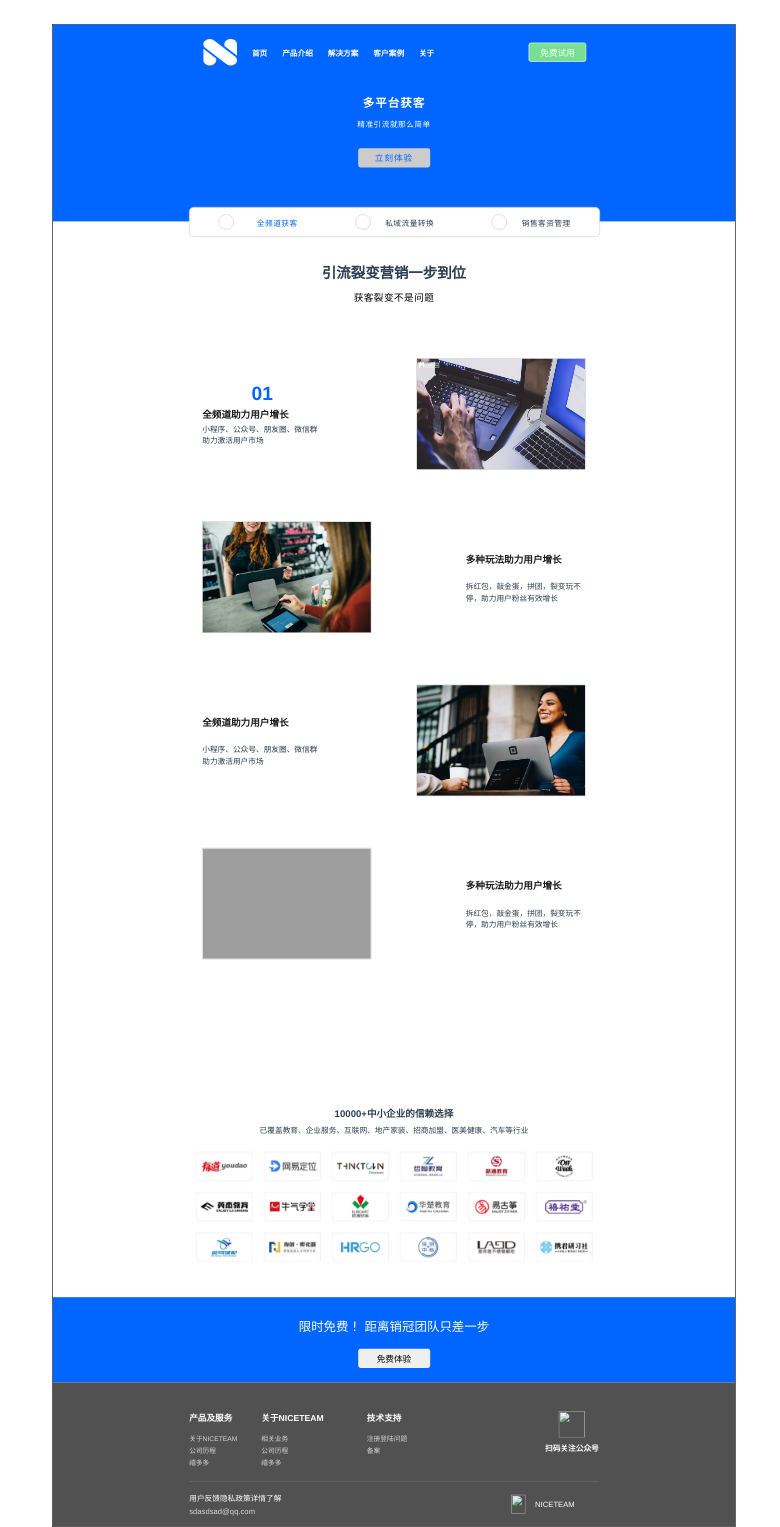
Repository: Alex-2020-0211/xrkj-guanwang
Page: /#/productintroduction (app in src/)
An editor plug-in stored every save of this project. The page is shown before and after the next save, followed by the edit.
The browser window is 1280 px wide. The page is 1300 px wide, so the pictures cover 1300 px, including what lies to the right of the window. The pictures show the whole page, at 60% of full size.
The first visible `.knowMore` is being pressed.
Pictures or frames that could not be fetched are drawn as grey boxes. The project was rebuilt for these pictures with package versions that can differ from the ones it lists, and the page was loaded fresh each time. Also part of the build but not shown: src/src/components/Header.vue, src/src/views/Home.vue.

Above is the page before, as saved 2021-01-08 09:43:22.

### src/public/index.html
<!DOCTYPE html>
<html lang="en">
  <head>
    <meta charset="utf-8">
    <meta http-equiv="X-UA-Compatible" content="IE=edge">
    <meta name="viewport" content="width=device-width,initial-scale=1.0">
    <link rel="icon" href="<%= BASE_URL %>favicon.ico">
    <title><%= htmlWebpackPlugin.options.title %></title>
  </head>
  <body>
    <noscript>
      <strong>We're sorry but <%= htmlWebpackPlugin.options.title %> doesn't work properly without JavaScript enabled. Please enable it to continue.</strong>
    </noscript>
    <div id="app"></div>
    <!-- built files will be auto injected -->
  </body>
  <script>
    (function(){
      var html = document.documentElement;
      function onWindowResize(){
        html.style.fontSize = html.getBoundingClientRect().width / 16 + 'px';
      }
      window.addEventListener('resize',onWindowResize);
      onWindowResize();
    })();
  </script>
</html>

### src/src/main.js
import Vue from 'vue'
import { Image, Carousel, CarouselItem, Popover, Button } from 'element-ui'
import App from './App.vue'
import router from './router'
import store from './store'

import "../src/assets/css/reset.css"

Vue.use( Image )
Vue.use( Carousel )
Vue.use( CarouselItem )
Vue.use( Popover )
Vue.use( Button )

Vue.config.productionTip = false

new Vue({
  router,
  store,
  render: h => h(App)
}).$mount('#app')

### src/src/App.vue
<template>
  <div id="app" v-cloak>
    <router-view />
  </div>
</template>

<style lang="scss">
[v-cloak] {
  display: none !important;
}
html {
  width: 100%;
  height: 100%;
}
body {
  width: 100%;
  height: 100%;
}
#app {
  font-family: Avenir, Helvetica, Arial, sans-serif;
  -webkit-font-smoothing: antialiased;
  -moz-osx-font-smoothing: grayscale;
  text-align: center;
  color: #2c3e50;
  width: 100%;
  height: 100%;
}
</style>

### src/src/router/index.js
import Vue from 'vue'
import VueRouter from 'vue-router'
import Home from '../views/Home.vue'

Vue.use(VueRouter)

const routes = [{
    path: '/',
    name: 'Home',
    component: Home
  },
  {
    path: '/productintroduction',
    name: 'ProductIntroduction',
    component: () => import( /* webpackChunkName: "about" */ '../views/ProductIntroduction.vue')
  },
  {
    path: '/solutions',
    name: 'Solutions',
    component: () => import( /* webpackChunkName: "about" */ '../views/solutions/Solutions.vue'),
  },
  {
    path: '/getcustomer', //以“/”开头的嵌套路径会被当作根路径，所以子路由上不用加“/”;在生成路由时，主路由上的path会被自动添加到子路由之前，所以子路由上的path不用在重新声明主路由上的path了。
    name: 'GetCustomer',
    component: () => import( /* webpackChunkName: "about" */ '../views/solutions/GetCustomer.vue')
  },
  // {
  //   path: '/connect',
  //   name: 'Connect',
  //   component: () => import( /* webpackChunkName: "about" */ '../views/solutions/Connect.vue')
  // },
  {
    path: '/transform',
    name: 'Transform',
    component: () => import( /* webpackChunkName: "about" */ '../views/solutions/Transform.vue')
  },
  {
    path: '/manage',
    name: 'Manage',
    component: () => import( /* webpackChunkName: "about" */ '../views/solutions/Manage.vue')
  },
  {
    path: '/customercase',
    name: 'CustomerCase',
    component: () => import( /* webpackChunkName: "about" */ '../views/CustomerCase.vue')
  },
  {
    path: '/aboutus',
    name: 'AboutUs',
    component: () => import( /* webpackChunkName: "about" */ '../views/AboutUs.vue')
  },
  {
    path: '*',
    name: 'NotFound',
    component: () => import( /* webpackChunkName: "about" */ '../views/NotFound.vue')
  },
]

const router = new VueRouter({
  routes
})

export default router

### src/src/assets/css/reset.css
html {
    overflow-x: auto;
    overflow-y: scroll;
}

body,
dl,
dt,
dd,
ul,
ol,
li,
pre,
form,
fieldset,
input,
p,
blockquote,
th,
td {
    font-weight: 400;
    margin: 0;
    padding: 0;
}

h1,
h2,
h3,
h4,
h4,
h5 {
    margin: 0;
    padding: 0;
}

body {
    background-color: #FFFFFF;
    color: #666666;
    font-family: Helvetica, Arial, sans-serif;
    font-size: 12px;
    padding: 0 10px;
    text-align: left;
}

select {
    font-size: 12px;
}

table {
    border-collapse: collapse;
}

fieldset,
img {
    border: 0 none;
}

fieldset {
    margin: 0;
    padding: 0;
}

fieldset p {
    margin: 0;
    padding: 0 0 0 8px;
}

legend {
    display: none;
}

address,
caption,
em,
strong,
th,
i {
    font-style: normal;
    font-weight: 400;
}

table caption {
    margin-left: -1px;
}

hr {
    border-bottom: 1px solid #FFFFFF;
    border-top: 1px solid #E4E4E4;
    border-width: 1px 0;
    clear: both;
    height: 2px;
    margin: 5px 0;
    overflow: hidden;
}

ol,
ul {
    list-style-image: none;
    list-style-position: outside;
    list-style-type: none;
}

caption,
th {
    text-align: left;
}

q:before,
q:after,
blockquote:before,
blockquote:after {
    content: ””;
}

### src/src/views/ProductIntroduction.vue
<template>
  <div class="productintroduction">
    <div class="border">
      <!-- 头部 -->
      <div class="header">
        <div class="headerTop">
          <p class="bar">
            <img class="logo" src="../assets/img/logo.png" alt />
            <a href="http://localhost:8080/#/">首页</a>
            <a href="http://localhost:8080/#/productintroduction">产品介绍</a>
            <a href="http://localhost:8080/#/solutions">解决方案</a>
            <a href="http://localhost:8080/#/customercase">客户案例</a>
            <a href="http://localhost:8080/#/aboutus">关于</a>
          </p>
          <button class="mianfei">免费试用</button>
        </div>
        <div class="headerMain">
          <div class="theme">
            <dl>
              <dt>多平台获客</dt>
              <dd>精准引流就那么简单</dd>
            </dl>
            <button class="knowMore" @click="goAbout()">立刻体验</button>
          </div>
        </div>
      </div>
      <!-- 导航 -->
      <div class="nav">
        <div class="nav-item" @click="On1()">
          <p class="nav-circle"></p>
          <span :class="isOn1">全频道获客</span>
        </div>
        <div class="nav-item" @click="On2()">
          <p class="nav-circle"></p>
          <span :class="isOn2">私域流量转换</span>
        </div>
        <div class="nav-item" @click="On3()">
          <p class="nav-circle"></p>
          <span :class="isOn3">销售客资管理</span>
        </div>
      </div>
      <!-- OneStop -->
      <div class="oneStop">
        <div class="top">
          <h5>引流裂变营销一步到位</h5>
          <p class="question">
            获客裂变不是问题
          </p>
          <div class="case">
            <dl>
              <span class="sort">01</span>
              <dt>全频道助力用户增长</dt>
              <dd>小程序、公众号、朋友圈、微信群助力激活用户市场</dd>
            </dl>
            <img src="../assets/img/huoke-1.png" />
          </div>
          <div class="case">
            <img src="../assets/img/huoke-2.png" />
            <dl>
              <dt>多种玩法助力用户增长</dt>
              <dd>拆红包，敲金蛋，拼团，裂变玩不停，助力用户粉丝有效增长</dd>
            </dl>
          </div>
          <div class="case">
            <dl>
              <dt>全频道助力用户增长</dt>
              <dd>小程序、公众号、朋友圈、微信群助力激活用户市场</dd>
            </dl>
            <img src="../assets/img/huoke-3.png" />
          </div>
          <div class="case">
            <img src="../assets/img/huoke-4.png" />
            <dl>
              <dt>多种玩法助力用户增长</dt>
              <dd>拆红包，敲金蛋，拼团，裂变玩不停，助力用户粉丝有效增长</dd>
            </dl>
          </div>
        </div>
        <div class="bottom">
          <div class="comer">
            <dl>
              <dt>10000+中小企业的信赖选择</dt>
              <dd>
                已覆盖教育、企业服务、互联网、地产家装、招商加盟、医美健康、汽车等行业
              </dd>
            </dl>
            <img src="../assets/img/comer.png" alt="" />
          </div>
        </div>
      </div>
      <!-- 底部 -->
      <Footer :footerData="footerData" />
    </div>
  </div>
</template>

<script>
// import Header from "../components/Header";
import Footer from "../components/Footer";

export default {
  name: "ProductIntroduction",
  components: {
    // Header,
    Footer,
  },
  data() {
    return {
      url: require("../assets/img/fuli.png"),
      headerData: {
        free: "免费试用",
        title: "管理也能玩出味 ?",
        content: "",
        detail:
          "NICETEAM : 让管理不再沉闷，工作玩味不停，全国上千家中小企业的销售福星",
        immediately: "立即咨询",
        path: "1",
      },
      footerData: {
        title: "限时免费！ 距离销冠团队只差一步",
      },
      isOn1: "on",
      isOn2: "",
      isOn3: "",
    };
  },
  methods: {
    goAbout() {
      this.$router.replace("/aboutus");
    },
    On1() {
      this.isOn1 = "on";
      this.isOn2 = "";
      this.isOn3 = "";
    },
    On2() {
      this.isOn1 = "";
      this.isOn2 = "on";
      this.isOn3 = "";
    },
    On3() {
      this.isOn1 = "";
      this.isOn2 = "";
      this.isOn3 = "on";
    },
  },
};
</script>

<style lang="scss" scoped>
.productintroduction {
  font-size: 0.16rem;
  .border {
    width: 88.88%;
    margin-top: 0.5rem;
    margin-left: 6%;
    border: 0.01rem solid #000;
    // 头部
    .header {
      width: 100%;
      height: 4.1rem;
      color: #fff;
      background-color: #06f;
      .headerTop {
        width: 60%;
        margin-left: 21%;
        padding-top: 0.3rem;
        display: flex;
        justify-content: space-between;
        align-items: center;
        .logo {
          width: 0.7rem;
          height: 0.55rem;
        }
        .bar {
          width: 60%;
          font-weight: bold;
          display: flex;
          justify-content: space-around;
          align-items: center;
          a {
            text-decoration: none;
          }
          a:link {
            color: #fff;
          }
          a:visited {
            color: #fff;
          }
        }
        .mianfei {
          width: 1.2rem;
          height: 0.4rem;
          font-size: 0.18rem;
          color: #fff;
          border: 0.01rem solid #fff;
          border-radius: 0.05rem;
          background-color: #78df92;
          margin-right: 0.4rem;
          outline: none;
        }
        .mianfei:active {
          border: 0.01rem solid #06f;
        }
      }
      .headerMain {
        width: 60%;
        height: 2.7rem;
        margin-left: 20%;
        display: flex;
        justify-content: space-around;
        align-items: center;
        dl {
          dt {
            font-size: 0.24rem;
            font-weight: bold;
            text-align: center;
            margin-bottom: 0.15rem;
            letter-spacing: 0.02rem;
          }
          dd {
            font-size: 0.16rem;
            letter-spacing: 0.01rem;
            text-align: left;
            margin-bottom: 0.4rem;
          }
        }
        .knowMore {
          width: 1.5rem;
          height: 0.4rem;
          color: #06f;
          font-size: 0.18rem;
          letter-spacing: 0.02rem;
          background-color: #fff;
          border: 0;
          border-radius: 0.05rem;
          outline: none;
        }
        .knowMore:active{
          background-color: #ccc;
        }
      }
    }
    // 导航
    .nav {
      width: 60%;
      margin-left: 20%;
      margin-top: -0.3rem;
      height: 0.6rem;
      display: flex;
      justify-content: space-between;
      align-items: center;
      background-color: #fff;
      border: 0.01rem solid #ccc;
      border-radius: 0.1rem;
      .nav-item {
        width: 20%;
        margin-left: 7%;
        margin-right: 7%;
        display: flex;
        justify-content: space-between;
        align-items: center;
        .nav-circle {
          width: 0.3rem;
          height: 0.3rem;
          border: 0.02rem solid #ccc;
          border-radius: 50%;
        }
        span {
          letter-spacing: 0.01rem;
        }
      }
      .on{
        color: #06f;
      }
    }
    // OneStop
    .oneStop {
      .top {
        h5 {
          font-size: 0.3rem;
          display: block;
          padding-top: 0.5rem;
          padding-bottom: 0.15rem;
        }
        .question {
          width: 40%;
          margin-left: 30%;
          color: #000;
          font-size: 0.2rem;
          margin-bottom: 0.6rem;
          letter-spacing: 0.01rem;
        }
        .case {
          width: 70%;
          margin-left: 15%;
          height: 3.4rem;
          display: flex;
          justify-content: space-around;
          align-items: center;
          .sort {
            color: #06f;
            font-size: 0.4rem;
            font-weight: bolder;
          }
          img {
            width: 3.5rem;
            height: 2.3rem;
            border: 1px solid #ccc;
          }
          dl {
            height: 40%;
            display: flex;
            flex-direction: column;
            justify-content: space-around;
            dt {
              text-align: left;
              font-size: 0.2rem;
              font-weight: bold;
              color: #1b1b1b;
            }
            dd {
              width: 2.5rem;
              text-align: left;
            }
          }
        }
      }
      .bottom {
        margin-top: 2.5rem;
        margin-bottom: 0.5rem;
        .comer {
          margin-top: 0.15rem;
          dl {
            margin-bottom: 0.2rem;
            dt {
              font-size: 0.2rem;
              font-weight: bold;
              margin-bottom: 0.1rem;
            }
          }
          img {
            width: 8.6rem;
          }
        }
      }
    }
  }
}
</style>

### src/src/components/Footer.vue
<template>
  <div class="footer">
    <div class="footerTop">
      <h5>{{ footerData.title }}</h5>
      <button>免费体验</button>
    </div>
    <div class="footerBottom">
      <div class="detail">
        <div class="left">
          <dl>
            <dt>产品及服务</dt>
            <dd>关于NICETEAM</dd>
            <dd>公司历程</dd>
            <dd>禧多多</dd>
          </dl>
          <dl>
            <dt>关于NICETEAM</dt>
            <dd>相关业务</dd>
            <dd>公司历程</dd>
            <dd>禧多多</dd>
          </dl>
          <dl class="jishu">
            <dt>技术支持</dt>
            <dd>注册登陆问题</dd>
            <dd style="margin-bottom: 0.09rem;">备案</dd>
            <dd style="color: #515151">1</dd>
          </dl>
        </div>
        <div class="right">
          <img src="" alt="" />
          <p>扫码关注公众号</p>
        </div>
      </div>
      <p class="line"></p>
      <div class="bottom">
        <dl>
          <dt>
            <span>用户反馈</span><span>隐私政策</span><span>详情了解</span>
          </dt>
          <dd>sdasdsad@qq.com</dd>
        </dl>
        <p><img src="" alt="" /><span>NICETEAM</span></p>
      </div>
    </div>
  </div>
</template>

<script>
export default {
  name: "Footer",
  props: {
    footerData: {
      type: Object,
    },
  },
  data() {
    return {};
  },
  methods: {},
};
</script>

<style scoped lang="scss">
// 底部
.footer {
  height: 4.78rem;
  .footerTop {
    height: 1.78rem;
    background-color: #06f;
    h5 {
      font-size: 0.26rem;
      font-weight: normal;
      color: #fff;
      padding-top: 0.4rem;
      padding-bottom: 0.3rem;
    }
    button {
      // display: flex;
      width: 1.5rem;
      height: 0.4rem;
      line-height: 0.4rem;
      font-size: 0.18rem;
      border: 0;
      border-radius: 0.05rem;
    }
  }
  .footerBottom {
    height: 3rem;
    background-color: #515151;
    color: #fff;
    .detail {
      width: 60%;
      margin-left: 20%;
      padding-top: 0.6rem;
      display: flex;
      justify-content: space-between;
      .left {
        dl {
          display: inline-block;
          margin-right: 0.5rem;
          dt {
            font-weight: bold;
            font-size: 0.18rem;
            text-align: left;
            margin-bottom: 0.2rem;
          }
          dd {
            text-align: left;
            font-size: 0.14rem;
            margin-bottom: 0.05rem;
            color: #d7d7d7;
          }
        }
        .jishu {
          margin-left: 0.4rem;
        }
      }
      .right {
        img {
          width: 0.55rem;
          height: 0.55rem;
        }
        p {
          font-weight: bold;
          margin-top: 0.05rem;
        }
      }
    }
    .line {
      width: 60%;
      margin-left: 20%;
      border-bottom: 0.02rem solid #727272;
      margin-top: 0.25rem;
      margin-bottom: 0.2rem;
    }
    .bottom {
      width: 60%;
      margin-left: 20%;
      display: flex;
      justify-content: space-between;
      dl {
        dt {
          margin-bottom: 0.08rem;
        }
        dd {
          text-align: left;
          color: #d7d7d7;
        }
      }
      p {
        margin-right: 0.5rem;
        display: flex;
        align-items: center;
        img {
          width: 0.3rem;
          height: 0.4rem;
          margin-right: 0.2rem;
        }
      }
    }
  }
}
</style>

Loaded but not shown: src/src/store/index.js (common file)

After the next save:
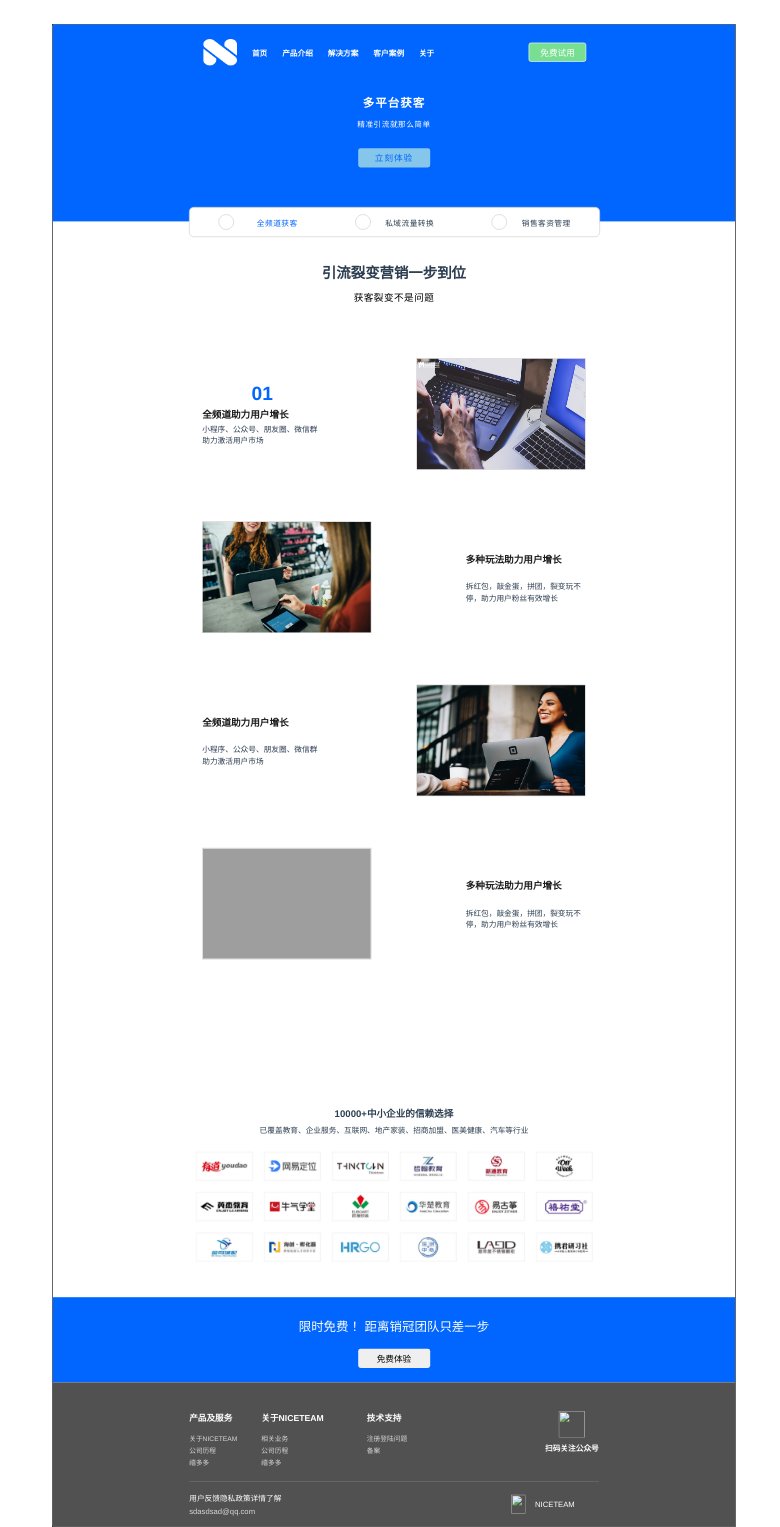
Saved 21 s later.
--- a/src/src/views/ProductIntroduction.vue
+++ b/src/src/views/ProductIntroduction.vue
@@ -237,7 +237,7 @@
           outline: none;
         }
         .knowMore:active{
-          background-color: #ccc;
+          background-color: rgb(134, 198, 235);
         }
       }
     }
